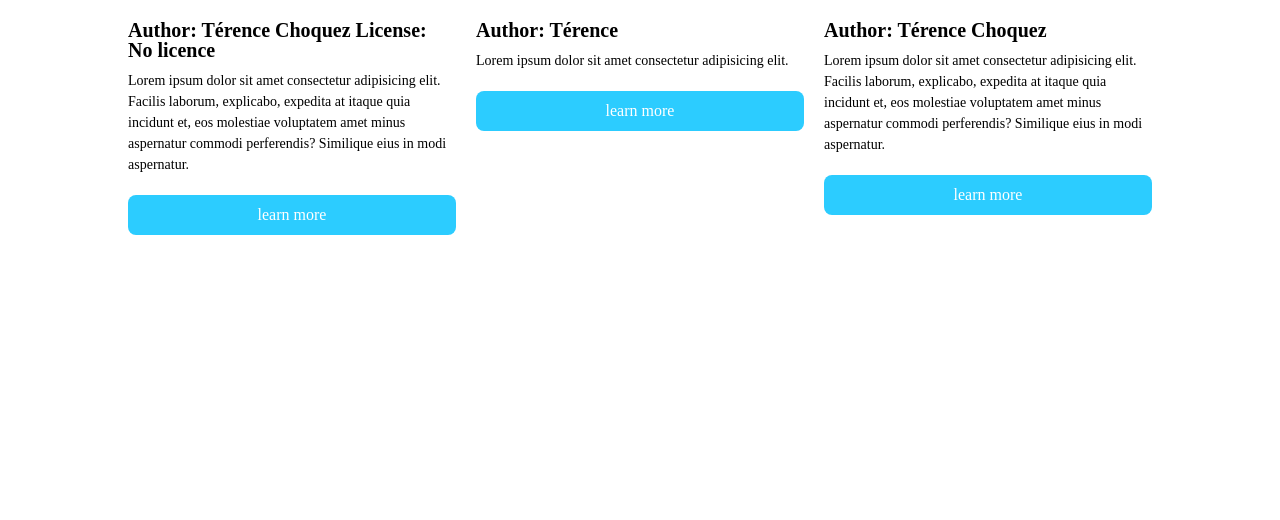
Repository: dinhhaidh/subgrid
Page: index.html
The author's editor kept a copy of each file at every save. The page is drawn from the files as they stood at one save, then again after the next save.
The browser window is 1280 px wide. The pictures show the part of the page from y = 220 to 740 px (the page is 740 px tall).

Above is the page before, as saved 2024-01-08 15:27:35.

### index.html
<!DOCTYPE html>
<html lang="en">
<head>
    <meta charset="UTF-8">
    <meta name="viewport" content="width=device-width, initial-scale=1.0">
    <title>Document</title>
    <link rel="stylesheet" href="style.css">
</head>
<body>
    <div class="card-list">
        <div class="card">
            <div class="card-image">
                <img src="https://images.unsplash.com/photo-1506946526854-9aad1ec915cb?q=80&w=1887&auto=format&fit=crop&ixlib=rb-4.0.3&ixid=M3wxMjA3fDB8MHxwaG90by1wYWdlfHx8fGVufDB8fHx8fA%3D%3D" alt="">
            </div>
            <h3 class="card-title">Author: Térence Choquez License: No licence</h3>
            <p class="card-desc">Lorem ipsum dolor sit amet consectetur adipisicing elit. Facilis laborum, explicabo, expedita at itaque quia incidunt et, eos molestiae voluptatem amet minus aspernatur commodi perferendis? Similique eius in modi aspernatur.
            </p>
            <a href="#" class="card-more">learn more</a>
        </div>
        <div class="card">
            <div class="card-image">
                <img src="https://images.unsplash.com/photo-1506946526854-9aad1ec915cb?q=80&w=1887&auto=format&fit=crop&ixlib=rb-4.0.3&ixid=M3wxMjA3fDB8MHxwaG90by1wYWdlfHx8fGVufDB8fHx8fA%3D%3D" alt="">
            </div>
            <h3 class="card-title">Author: Térence </h3>
            <p class="card-desc">Lorem ipsum dolor sit amet consectetur adipisicing elit.</p>
            <a href="#" class="card-more">learn more</a>
        </div>
        <div class="card">
            <div class="card-image">
                <img src="https://images.unsplash.com/photo-1506946526854-9aad1ec915cb?q=80&w=1887&auto=format&fit=crop&ixlib=rb-4.0.3&ixid=M3wxMjA3fDB8MHxwaG90by1wYWdlfHx8fGVufDB8fHx8fA%3D%3D" alt="">
            </div>
            <h3 class="card-title">Author: Térence Choquez</h3>
            <p class="card-desc">Lorem ipsum dolor sit amet consectetur adipisicing elit. Facilis laborum, explicabo, expedita at itaque quia incidunt et, eos molestiae voluptatem amet minus aspernatur commodi perferendis? Similique eius in modi aspernatur.
            </p>
            <a href="#" class="card-more">learn more</a>
        </div>
    </div>
</body>
</html>

### style.css
*,
*:before,
*:after {
  box-sizing: border-box;
}
* {
  margin: 0;
  padding: 0;
  font: inherit;
}
img,
picture,
svg,
video {
  display: block;
  max-width: 100%;
}
input,
select,
textarea {
  background-color: transparent;
  outline: none;
}
button {
  cursor: pointer;
  background-color: transparent;
  outline: none;
  border: 0;
}
body {
  min-height: 100vh;
  font-weight: 400;
  font-size: 16px;
  line-height: 1;
}
.card-list{
    display: grid;
    grid-template-columns: repeat(3, minmax(0, 1fr));
    gap: 20px;
    max-width: 1024px;
    margin: 20px auto;
}
.card-image{
    height: 200px;
    margin-bottom: 20px;
}
.card-image img {
    width: 100%;
    height: 100%;
    object-fit: cover;
}
.card-title{
    font-size: 20px;
    font-weight: 600;
    margin-bottom: 10px;
    margin-top: 10px;
}
.card-desc{
    font-size: 14px;
    line-height: 1.5;
    margin-bottom: 20px;
}
.card-more{
    display: block;
    text-decoration: none;
    color: white;
    background-color: #2cccff;
    padding: 12px;
    border-radius: 8px;
    text-align: center;
}

After the next save:
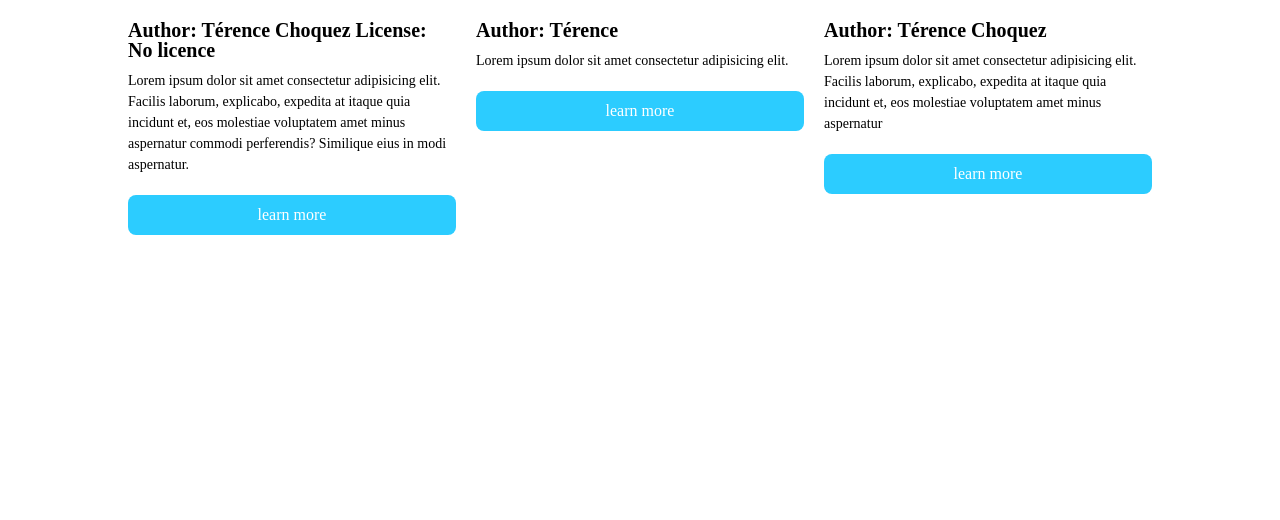
Saved 27 s later.
--- a/index.html
+++ b/index.html
@@ -30,7 +30,7 @@
                 <img src="https://images.unsplash.com/photo-1506946526854-9aad1ec915cb?q=80&w=1887&auto=format&fit=crop&ixlib=rb-4.0.3&ixid=M3wxMjA3fDB8MHxwaG90by1wYWdlfHx8fGVufDB8fHx8fA%3D%3D" alt="">
             </div>
             <h3 class="card-title">Author: Térence Choquez</h3>
-            <p class="card-desc">Lorem ipsum dolor sit amet consectetur adipisicing elit. Facilis laborum, explicabo, expedita at itaque quia incidunt et, eos molestiae voluptatem amet minus aspernatur commodi perferendis? Similique eius in modi aspernatur.
+            <p class="card-desc">Lorem ipsum dolor sit amet consectetur adipisicing elit. Facilis laborum, explicabo, expedita at itaque quia incidunt et, eos molestiae voluptatem amet minus aspernatur
             </p>
             <a href="#" class="card-more">learn more</a>
         </div>
